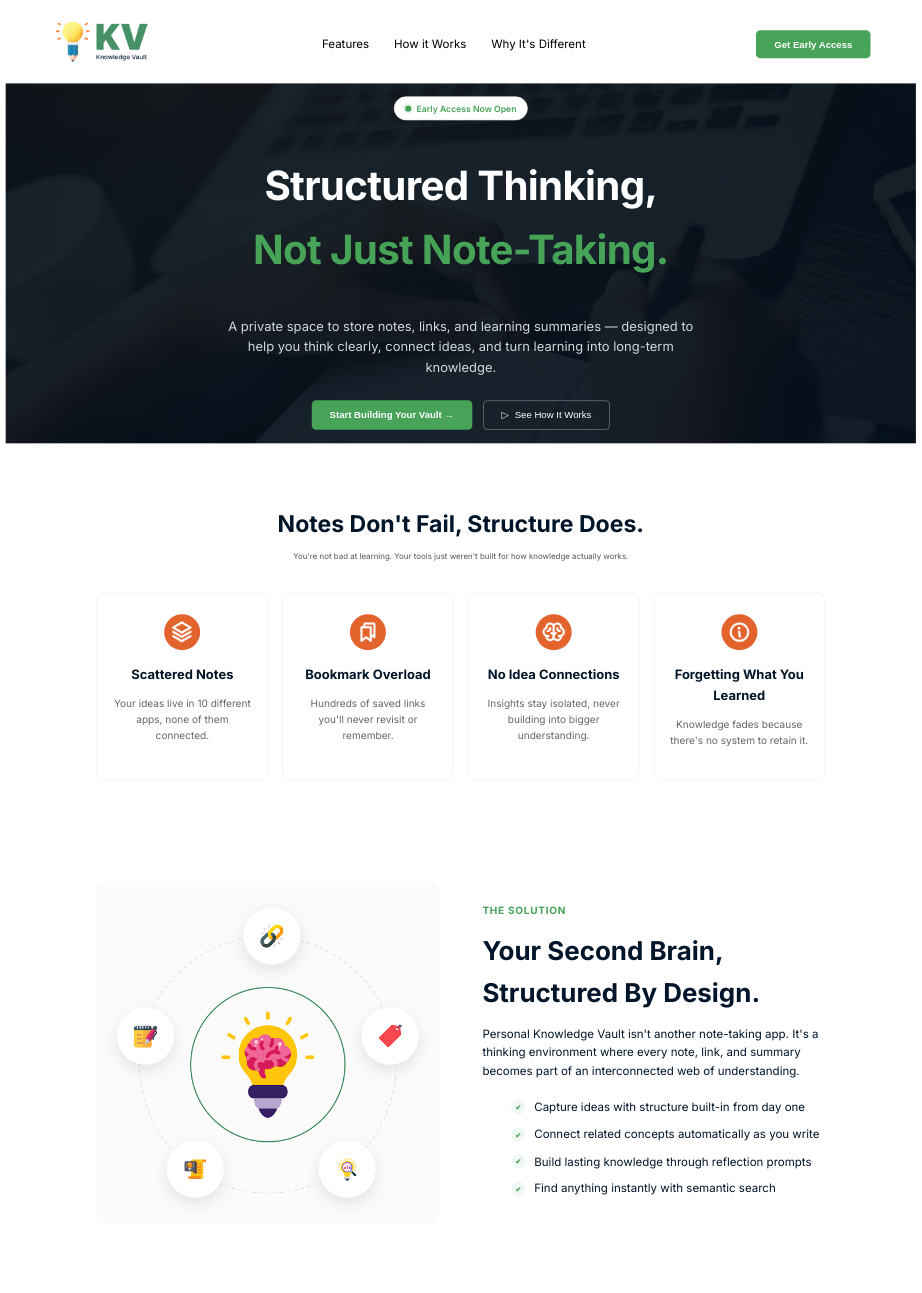
Repository: Saiful21Islam/my-fast-devel
Page: index.html
These files come from the project's save history. The page is drawn as it stood at one moment and after a run of saves; the edit follows.
The browser window is 1280 px wide. The pictures show the whole page, at 72% of full size.

Above is the page before, as saved 2026-01-31 12:28:25.

### index.html
<!DOCTYPE html>
<html lang="en">

<head>
    <meta charset="UTF-8">
    <meta name="viewport" content="width=device-width, initial-scale=1.0">
    <title>My Fast Development Project</title>
    <link rel="preconnect" href="https://fonts.googleapis.com">
<link rel="preconnect" href="https://fonts.gstatic.com" crossorigin>
<link href="https://fonts.googleapis.com/css2?family=Inter:ital,opsz,wght@0,14..32,100..900;1,14..32,100..900&family=Open+Sans:ital,wght@0,300..800;1,300..800&family=Work+Sans:ital,wght@0,100..900;1,100..900&display=swap" rel="stylesheet">
    <link rel="stylesheet" href="style.css">
</head>

<body>
    <header class="navbar">
        <div class="logo">
            <img src="assets/logo-navbar.png" alt="kv logo">
        </div>
    <nav class="nav-links">
        <a href="#">Features</a>
        <a href="#">How it Works</a>
        <a href="#">Why It's Different</a>
    </nav>
    <button class="btn-primary">Get Early Access</button>
</header>
 <section class="banner">
        <div class="banner-overlay">
            <div class="banner-content">
                <span class="early-badge">Early Access Now Open</span>
                <h1>Structured Thinking, <br><span class="green-text">Not Just Note-Taking.</span></h1>
                <p>A private space to store notes, links, and learning summaries — designed to help you think clearly,
                    connect ideas, and turn learning into long-term knowledge.</p>
                <div class="banner-btns">
                  <button class="btn-primary">Start Building Your Vault &rarr;</button>

                  <button class="btn-outline">
                  <span class="play-icon">&#9655;</span> See How It Works
                           </button>
                </div>
            </div>
        </div>
    </section>
        <section class="notes">
    <h2 class="Notes" >Notes Don't Fail, Structure Does.</h2>
    <p class="subtitle">You're not bad at learning. Your tools just weren't built for how knowledge actually works.</p>

    <div class="card-container">
        <div class="card">
            <div class="icon-circle red-bg"> <img src="assets/Vector.png" alt=""> </div>
            <h3>Scattered Notes</h3>
            <p>Your ideas live in 10 different apps, none of them connected.</p>
        </div>
        <div class="card">
            <div class="icon-circle orange-bg"> <img src="assets/Bookmarks.png" alt=""> </div>
            <h3>Bookmark Overload</h3>
            <p>Hundreds of saved links you'll never revisit or remember.</p>
        </div>
        <div class="card">
            <div class="icon-circle red-bg"> <img src="assets/Brain.png" alt=""> </div>
            <h3>No Idea Connections</h3>
            <p>Insights stay isolated, never building into bigger understanding.</p>
        </div>
        <div class="card">
            <div class="icon-circle red-bg"> <img src="assets/Info.png" alt=""> </div>
            <h3>Forgetting What You Learned</h3>
            <p>Knowledge fades because there's no system to retain it.</p>
        </div>
    </div>
    </section>
 <section class="second-brain">
    <div class="brain-visual">
        <img src="assets/knowledge.png" alt="Second Brain Illustration">
    </div>

    <div class="brain-content">
        <span class="solution-tag">THE SOLUTION</span>
        <h2>Your Second Brain, <br> Structured By Design.</h2>
        <p>Personal Knowledge Vault isn't another note-taking app. It's a thinking environment where every note, link, and summary becomes part of an interconnected web of understanding.</p>

        <ul class="feature-list">
            <li>Capture ideas with structure built-in from day one</li>
            <li>Connect related concepts automatically as you write</li>
            <li>Build lasting knowledge through reflection prompts</li>
            <li>Find anything instantly with semantic search</li>
        </ul>
    </div>
</section>

</body>
</html>

### style.css
/* Google Font (Always on Top) */
@import url('https://fonts.googleapis.com/css2?family=Inter:wght@400;600;700&display=swap');

/* Global */
body {
    font-family: 'Inter', sans-serif;
    color: #001529;
    line-height: 1.6;
}

/* Navbar */
.navbar {
    display: flex;
    justify-content: space-between;
    align-items: center;
    padding: 20px 5%;
}

.nav-links a {
    text-decoration: none;
    color: black;
    margin: 0 15px;
}

/* Buttons */
.btn-early {
    background-color: #46a358;
    color: white;
    padding: 10px 20px;
    border: none;
    border-radius: 5px;
}

/* Banner */
.banner {
    background-image: linear-gradient(rgba(0, 0, 0, 0.5), rgba(0, 0, 0, 0.5)),
        url('assets/hero-bg.png');
    background-size: cover;
    background-position: center;
    height: 500px;

    display: flex;
    justify-content: center;
    align-items: center;
    text-align: center;
    color: white;
}

/* Badge */
.early-badge {
    display: inline-flex;
    align-items: center;
    color: #46a358;
    background-color: #fff;
    padding: 6px 15px;
    border: 1px solid #eee;
    border-radius: 50px;
    font-size: 12px;
    font-weight: 600;
    cursor: pointer;
    box-shadow: 0 2px 5px rgba(0, 0, 0, 0.1);
}

.early-badge::before {
    content: "";
    height: 8px;
    width: 8px;
    background-color: #46a358;
    border-radius: 50%;
    margin-right: 8px;
    box-shadow: 0 0 5px rgba(70, 163, 88, 0.8);
}

/* Text */
h1 {
    font-size: 56px;
    font-weight: 700;
    letter-spacing: -1px;
}

.green-text {
    color: #46a358;
}

.banner p {
    font-size: 18px;
    color: #cfd8dc;
    max-width: 650px;
    margin: 20px auto;
}

/* Banner Buttons */
.banner-btns {
    display: flex;
    justify-content: center;
    gap: 15px;
    margin-top: 30px;
}

.btn-primary {
    background-color: #46a358;
    color: white;
    padding: 12px 25px;
    border: none;
    border-radius: 6px;
    font-weight: 600;
    cursor: pointer;
    transition: 0.3s;
}

.btn-primary:hover {
    background-color: #3b8a4a;
}

.btn-outline {
    background: transparent;
    color: white;
    padding: 12px 25px;
    border: 1px solid rgba(255, 255, 255, 0.4);
    border-radius: 6px;
    font-weight: 500;
    cursor: pointer;
    display: flex;
    align-items: center;
    gap: 8px;
}

.btn-outline:hover {
    background: rgba(255, 255, 255, 0.1);
    border-color: white;
}


.notes {
    text-align: center;
    padding: 60px 10%;
    background-color: #fff;
}

.card-container {
    display: flex;
    /* 4ti card ke pashapashi rakhar jonno */
    gap: 20px;
    margin-top: 40px;
}

.card {
    flex: 1;
    /* Shob card shoman size-er hobe */
    padding: 30px 20px;
    border: 1px solid #f4f0ee;
    border-radius: 12px;
    transition: 0.3s;

}

/* Hover Effect (Challenge Requirement) */
.card:hover {
    box-shadow: 0 10px 20px rgba(0, 0, 0, 0.05);
    transform: translateY(-5px);
}

/* Icon Design */
.icon-circle {
    width: 50px;
    height: 50px;
    border-radius: 50%;
    display: flex;
    align-items: center;
    justify-content: center;
    margin: 0 auto 20px;
    font-size: 20px;

}

.Notes {
    font-size: 32px;
    font-weight: 700;
    margin-bottom: 10px;
}

.subtitle {
    font-size: 11px;
    color: #555;
}

.red-bg {
    background-color: #e3632c;
    color: #f1ecec;
}

.orange-bg {
    background-color: #e3632c;
    color: #fefdfc;
}

.card h3 {
    font-size: 18px;
    margin-bottom: 10px;
}

.card p {
    font-size: 14px;
    color: #666;
}

.second-brain {
    display: flex;
    align-items: center; /* Image ar text ke pashapashi majhkhane rakhbe */
    padding: 80px 10%;
    gap: 60px; /* Image ar text-er majhkhane faka jaiga */
}

.brain-visual, .brain-content {
    flex: 1; /* Duto side-e shoman jaiga nibe */
}

.brain-visual img {
    max-width: 100%;
    height: auto;
}

.solution-tag {
    color: #46a358;
    font-size: 14px;
    font-weight: 700;
    text-transform: uppercase;
    letter-spacing: 1px;
}

.brain-content h2 {
    font-size: 36px;
    margin: 15px 0;
    color: #001529;
}

/* Feature List Styling */
.feature-list {
    list-style: none; /* Default bullet points bad */
    margin-top: 25px;
}

.feature-list li {
    margin-bottom: 12px;
    font-size: 16px;
    display: flex;
    align-items: center;
}

/* List-er shamne green checkmark magic */
.feature-list li::before {
    content: "✔";
    color: #46a358;
    font-weight: bold;
    margin-right: 12px;
    background: #f0f9f1;
    width: 20px;
    height: 20px;
    display: flex;
    justify-content: center;
    align-items: center;
    border-radius: 50%;
    font-size: 10px;
}

After the next 2 saves:
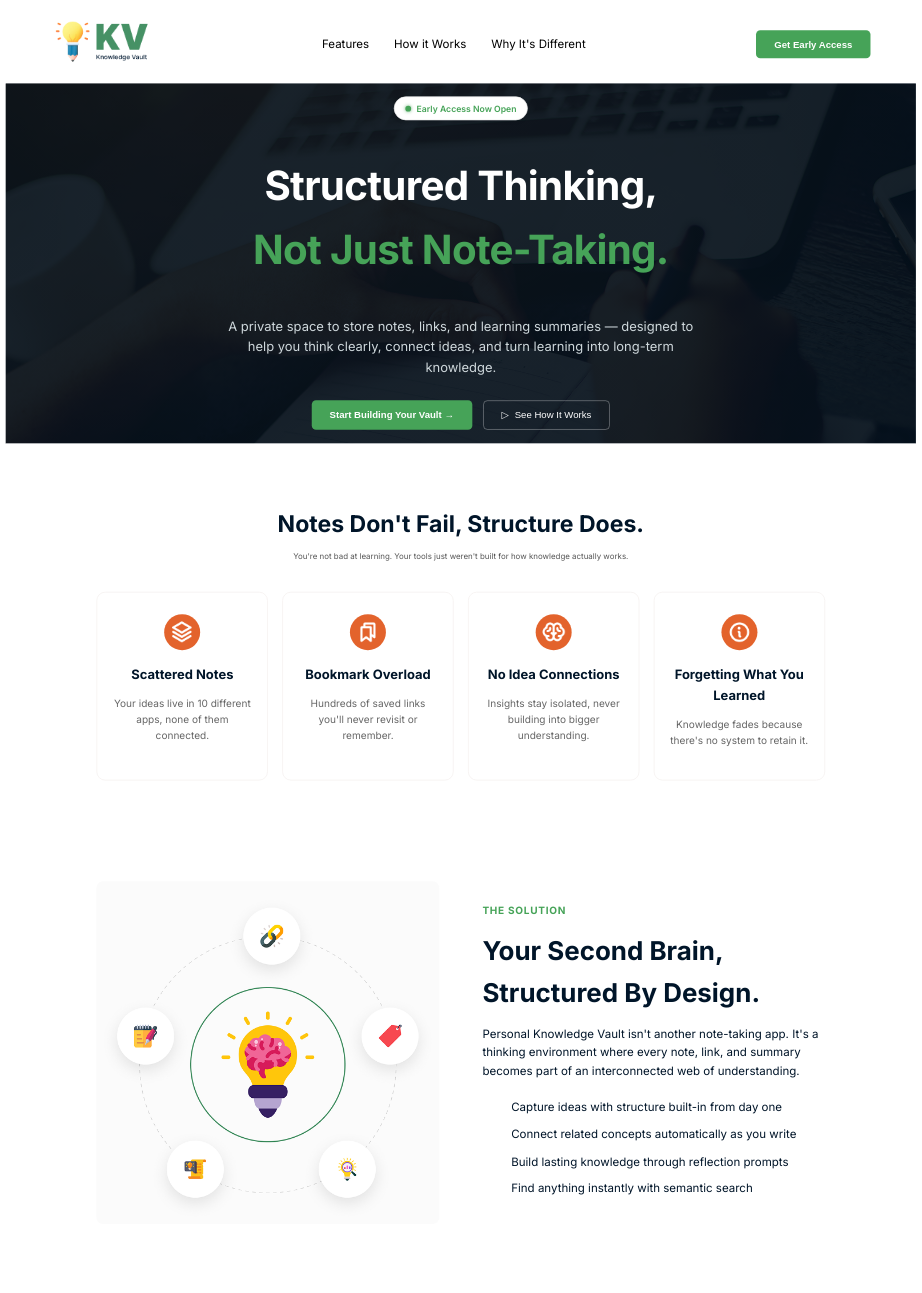
The 2 saves are shown as one change because they came seconds apart.
The last was saved 3 min 13 s later.
--- a/style.css
+++ b/style.css
@@ -249,16 +249,25 @@
 
 /* List-er shamne green checkmark magic */
 .feature-list li::before {
+    .feature-list li {
+    list-style: none;
+    display: flex;
+    align-items: center;
+    margin-bottom: 12px;
+}
+
+/* Green Checkmark Circle */
+.feature-list li::before {
     content: "✔";
-    color: #46a358;
-    font-weight: bold;
+    color: white;
+    background-color: #46a358;
+    width: 18px;
+    height: 18px;
+    border-radius: 50%;
+    display: flex;
+    justify-content: center;
+    align-items: center;
+    font-size: 10px;
     margin-right: 12px;
-    background: #f0f9f1;
-    width: 20px;
-    height: 20px;
-    display: flex;
-    justify-content: center;
-    align-items: center;
-    border-radius: 50%;
-    font-size: 10px;
-}
+}
+}
